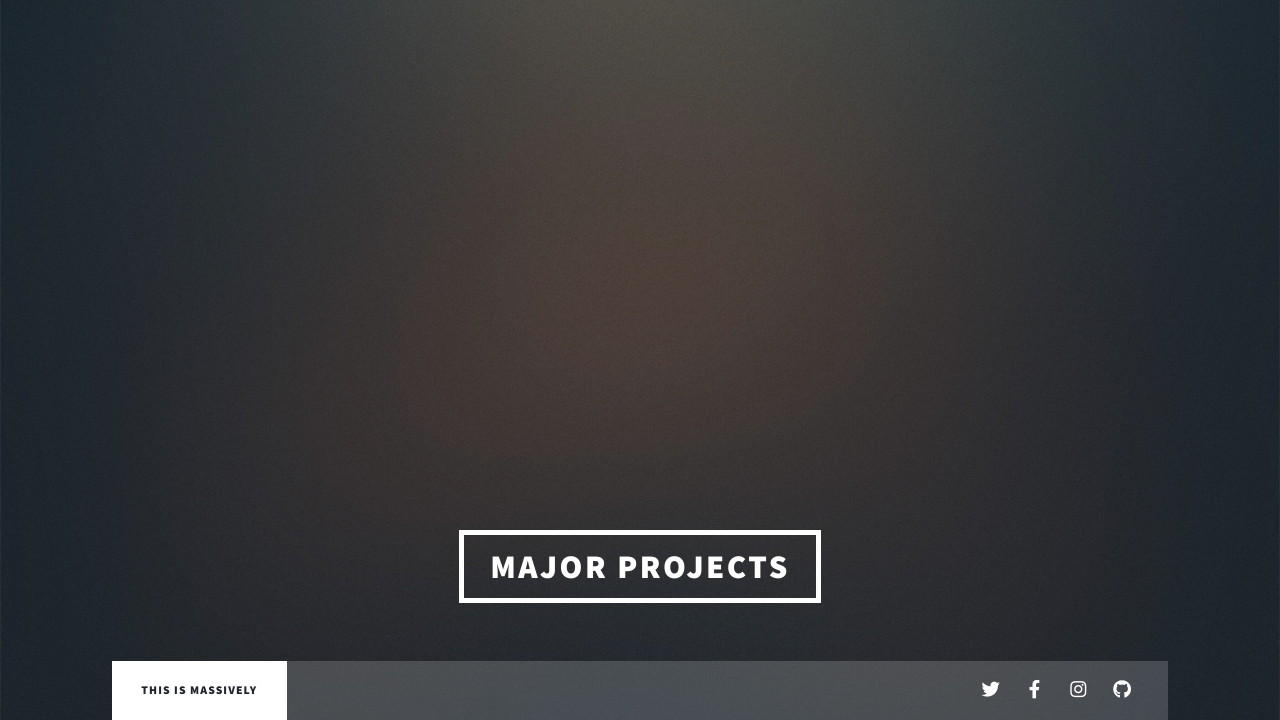
Repository: Toyin3015/businessanalysisproject.github.io
Page: Lastestportfoliofortextmainfile/index.html
An editor plug-in stored every save of this project. The page is shown before and after a run of saves, followed by the edit.
The browser window is 1280 px wide. The pictures show the window.
A layer covers the whole window, so only the first screen is drawn.

Above is the page before, as saved 2025-11-29 20:16:37.

### Lastestportfoliofortextmainfile/index.html
<!DOCTYPE HTML>
<!--
	Massively by HTML5 UP
	html5up.net | @ajlkn
	Free for personal and commercial use under the CCA 3.0 license (html5up.net/license)
-->
<html>
	<head>
		<title>Massively by HTML5 UP</title>
		<meta charset="utf-8" />
		<meta name="viewport" content="width=device-width, initial-scale=1, user-scalable=no" />
		<link rel="stylesheet" href="assets/css/main.css" />
		<noscript><link rel="stylesheet" href="assets/css/noscript.css" /></noscript>
	</head>
	<body class="is-preload">

		<!-- Wrapper -->
			<div id="wrapper" class="fade-in">

				<!-- Intro -->
					<div id="intro">
						<h1>Portfolio By Toyin Komolafe</h1>
						<p>This contains some of my projects, projecting my skills and abilities as a Business Analyst .</p>
						<ul class="actions">
							<li><a href="#header" class="button icon solid solo fa-arrow-down scrolly">Continue</a></li>
						</ul>
					</div>

				<!-- Header -->
					<header id="header">
						<a href="index.html" class="logo">Major Projects</a>
					</header>

				<!-- Nav -->
					<nav id="nav">
						<ul class="links">
							<li class="active"><a href="index.html">This is Massively</a></li>
						</ul>
						<ul class="icons">
							<li><a href="#" class="icon brands fa-twitter"><span class="label">Twitter</span></a></li>
							<li><a href="#" class="icon brands fa-facebook-f"><span class="label">Facebook</span></a></li>
							<li><a href="#" class="icon brands fa-instagram"><span class="label">Instagram</span></a></li>
							<li><a href="#" class="icon brands fa-github"><span class="label">GitHub</span></a></li>
						</ul>
					</nav>

				<!-- Main -->
					<div id="main">

						<!-- Featured Post -->
							<article class="post featured">
								<header class="major">
									<span class="date">April 25, 2017</span>
									<h2><a href="#">And this is a<br />
									massive headline</a></h2>
									<p>Aenean ornare velit lacus varius enim ullamcorper proin aliquam<br />
									facilisis ante sed etiam magna interdum congue. Lorem ipsum dolor<br />
									amet nullam sed etiam veroeros.</p>
								</header>
								<a href="#" class="image main"><img src="images/pic01.jpg" alt="" /></a>
								<ul class="actions special">
									<li><a href="#" class="button large">Full Story</a></li>
								</ul>
							</article>

						<!-- Posts -->
							<section class="posts">
								<article>
									<header>
										<span class="date">April 24, 2017</span>
										<h2><a href="#">Sed magna<br />
										ipsum faucibus</a></h2>
									</header>
									<a href="#" class="image fit"><img src="images/pic02.jpg" alt="" /></a>
									<p>Donec eget ex magna. Interdum et malesuada fames ac ante ipsum primis in faucibus. Pellentesque venenatis dolor imperdiet dolor mattis sagittis magna etiam.</p>
									<ul class="actions special">
										<li><a href="#" class="button">Full Story</a></li>
									</ul>
								</article>
								<article>
									<header>
										<span class="date">April 22, 2017</span>
										<h2><a href="#">Primis eget<br />
										imperdiet lorem</a></h2>
									</header>
									<a href="#" class="image fit"><img src="images/pic03.jpg" alt="" /></a>
									<p>Donec eget ex magna. Interdum et malesuada fames ac ante ipsum primis in faucibus. Pellentesque venenatis dolor imperdiet dolor mattis sagittis magna etiam.</p>
									<ul class="actions special">
										<li><a href="#" class="button">Full Story</a></li>
									</ul>
								</article>
								<article>
									<header>
										<span class="date">April 18, 2017</span>
										<h2><a href="#">Ante mattis<br />
										interdum dolor</a></h2>
									</header>
									<a href="#" class="image fit"><img src="images/pic04.jpg" alt="" /></a>
									<p>Donec eget ex magna. Interdum et malesuada fames ac ante ipsum primis in faucibus. Pellentesque venenatis dolor imperdiet dolor mattis sagittis magna etiam.</p>
									<ul class="actions special">
										<li><a href="#" class="button">Full Story</a></li>
									</ul>
								</article>
								<article>
									<header>
										<span class="date">April 14, 2017</span>
										<h2><a href="#">Tempus sed<br />
										nulla imperdiet</a></h2>
									</header>
									<a href="#" class="image fit"><img src="images/pic05.jpg" alt="" /></a>
									<p>Donec eget ex magna. Interdum et malesuada fames ac ante ipsum primis in faucibus. Pellentesque venenatis dolor imperdiet dolor mattis sagittis magna etiam.</p>
									<ul class="actions special">
										<li><a href="#" class="button">Full Story</a></li>
									</ul>
								</article>
								<article>
									<header>
										<span class="date">April 11, 2017</span>
										<h2><a href="#">Odio magna<br />
										sed consectetur</a></h2>
									</header>
									<a href="#" class="image fit"><img src="images/pic06.jpg" alt="" /></a>
									<p>Donec eget ex magna. Interdum et malesuada fames ac ante ipsum primis in faucibus. Pellentesque venenatis dolor imperdiet dolor mattis sagittis magna etiam.</p>
									<ul class="actions special">
										<li><a href="#" class="button">Full Story</a></li>
									</ul>
								</article>
								<article>
									<header>
										<span class="date">April 7, 2017</span>
										<h2><a href="#">Augue lorem<br />
										primis vestibulum</a></h2>
									</header>
									<a href="#" class="image fit"><img src="images/pic07.jpg" alt="" /></a>
									<p>Donec eget ex magna. Interdum et malesuada fames ac ante ipsum primis in faucibus. Pellentesque venenatis dolor imperdiet dolor mattis sagittis magna etiam.</p>
									<ul class="actions special">
										<li><a href="#" class="button">Full Story</a></li>
									</ul>
								</article>
							</section>

						<!-- Footer -->
							<footer>
								<div class="pagination">
									<!--<a href="#" class="previous">Prev</a>-->
									<a href="#" class="page active">1</a>
									<a href="#" class="page">2</a>
									<a href="#" class="page">3</a>
									<span class="extra">&hellip;</span>
									<a href="#" class="page">8</a>
									<a href="#" class="page">9</a>
									<a href="#" class="page">10</a>
									<a href="#" class="next">Next</a>
								</div>
							</footer>

					</div>

				<!-- Footer -->
					<footer id="footer">
						<section>
							<form method="post" action="#">
								<div class="fields">
									<div class="field">
										<label for="name">Name</label>
										<input type="text" name="name" id="name" />
									</div>
									<div class="field">
										<label for="email">Email</label>
										<input type="text" name="email" id="email" />
									</div>
									<div class="field">
										<label for="message">Message</label>
										<textarea name="message" id="message" rows="3"></textarea>
									</div>
								</div>
								<ul class="actions">
									<li><input type="submit" value="Send Message" /></li>
								</ul>
							</form>
						</section>
						<section class="split contact">
							<section class="alt">
								<h3>Address</h3>
								<p>1234 Somewhere Road #87257<br />
								Nashville, TN 00000-0000</p>
							</section>
							<section>
								<h3>Phone</h3>
								<p><a href="#">(000) 000-0000</a></p>
							</section>
							<section>
								<h3>Email</h3>
								<p><a href="#">info@untitled.tld</a></p>
							</section>
							<section>
								<h3>Social</h3>
								<ul class="icons alt">
									<li><a href="#" class="icon brands alt fa-twitter"><span class="label">Twitter</span></a></li>
									<li><a href="#" class="icon brands alt fa-facebook-f"><span class="label">Facebook</span></a></li>
									<li><a href="#" class="icon brands alt fa-instagram"><span class="label">Instagram</span></a></li>
									<li><a href="#" class="icon brands alt fa-github"><span class="label">GitHub</span></a></li>
								</ul>
							</section>
						</section>
					</footer>

				<!-- Copyright -->
					<div id="copyright">
						<ul><li>&copy; Untitled</li><li>Design: <a href="https://html5up.net">HTML5 UP</a></li></ul>
					</div>

			</div>

		<!-- Scripts -->
			<script src="assets/js/jquery.min.js"></script>
			<script src="assets/js/jquery.scrollex.min.js"></script>
			<script src="assets/js/jquery.scrolly.min.js"></script>
			<script src="assets/js/browser.min.js"></script>
			<script src="assets/js/breakpoints.min.js"></script>
			<script src="assets/js/util.js"></script>
			<script src="assets/js/main.js"></script>

	</body>
</html>

Loaded but not shown: Lastestportfoliofortextmainfile/assets/css/fontawesome-all.min.css (library); Lastestportfoliofortextmainfile/assets/js/jquery.min.js (library); Lastestportfoliofortextmainfile/assets/js/jquery.scrollex.min.js (common file); Lastestportfoliofortextmainfile/assets/js/jquery.scrolly.min.js (common file); Lastestportfoliofortextmainfile/assets/js/browser.min.js (common file); Lastestportfoliofortextmainfile/assets/js/breakpoints.min.js (common file); Lastestportfoliofortextmainfile/assets/js/util.js (587 lines, source omitted); Lastestportfoliofortextmainfile/assets/js/main.js (258 lines, source omitted); Lastestportfoliofortextmainfile/assets/css/main.css (4689 lines, source omitted)

After the next 3 saves:
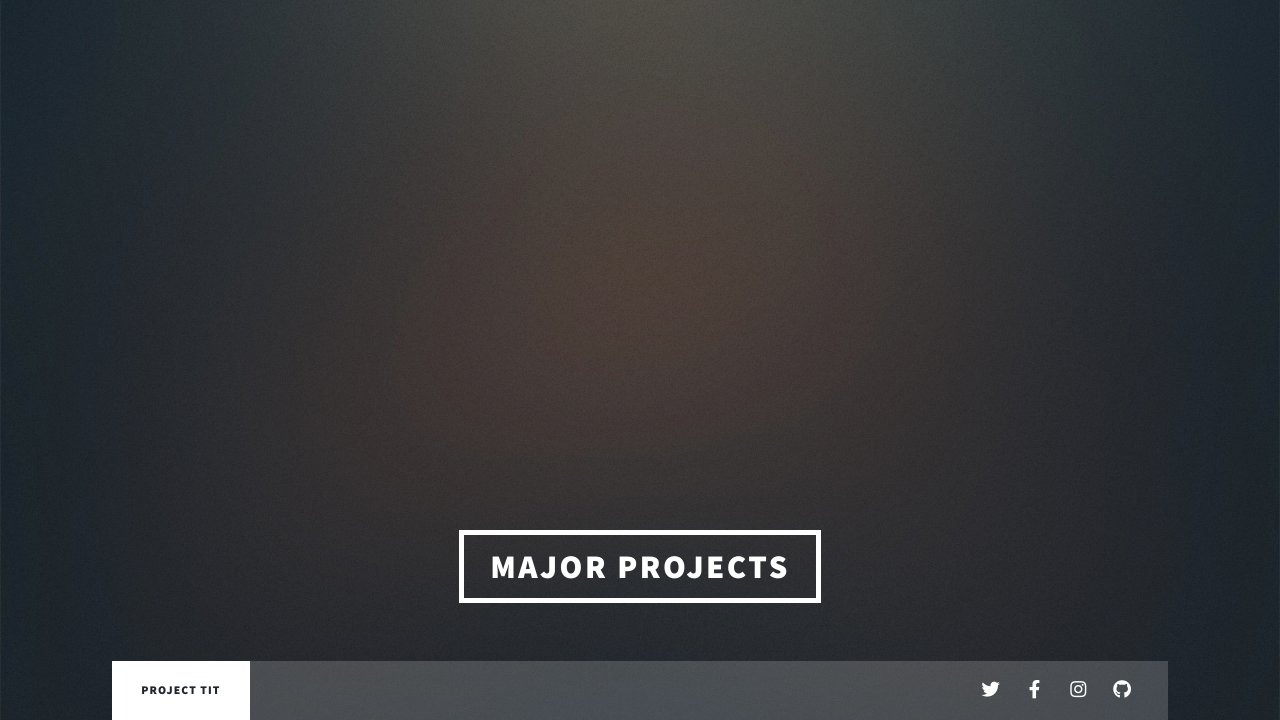
The 3 saves are shown as one change because they came seconds apart.
The last was saved 90 s later.
--- a/Lastestportfoliofortextmainfile/index.html
+++ b/Lastestportfoliofortextmainfile/index.html
@@ -34,7 +34,7 @@
 				<!-- Nav -->
 					<nav id="nav">
 						<ul class="links">
-							<li class="active"><a href="index.html">This is Massively</a></li>
+							<li class="active"><a href="index.html">Project Tit</a></li>
 						</ul>
 						<ul class="icons">
 							<li><a href="#" class="icon brands fa-twitter"><span class="label">Twitter</span></a></li>
